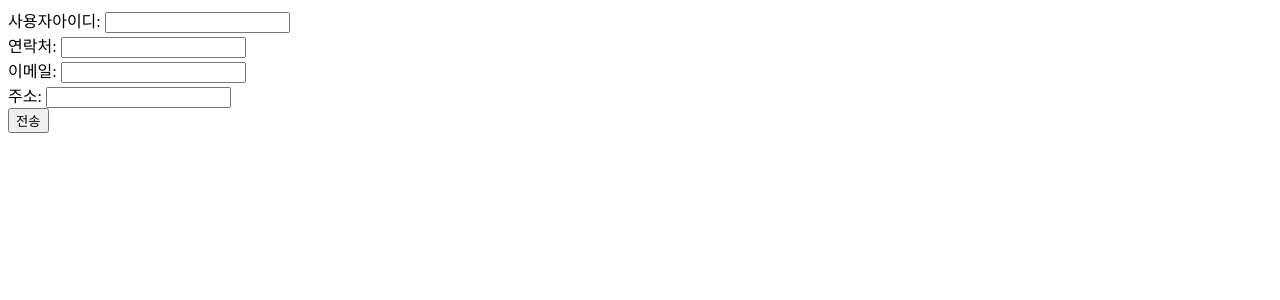
Repository: uni0415/JavaStudy_8452
Page: http://localhost/JspStudy_8452/study/request/view/user_info_input.jsp
These files come from the project's save history. The page is drawn as it stood at one moment and after the next save; the edit follows.
The browser window is 1280 px wide. The pictures show the whole page.
The page is served by Tomcat 9. Nobody is signed in. The application's start-up code is not run. Other server files are loaded and not shown.

Above is the page before, as saved 2022-04-06 03:04:43.

### JspStudy_8452/src/main/webapp/study/request/view/user_info_input.jsp
<%@ page language="java" contentType="text/html; charset=UTF-8"
	pageEncoding="UTF-8"%>
<!DOCTYPE html>
<html>
<head>
<meta charset="UTF-8">
<title>Insert title here</title>
</head>
<body>
	<form action="/JspStudy_8452/study/request/controller/user_info_controller.jsp"
		method="get">
		<div>
			<label>사용자아이디: </label>
			<input type="text" name="username">
		</div>
		<div>
			<label>연락처: </label>
			<input type="text" name="phone">
		</div>
		<div>
			<label>이메일: </label>
			<input type="text" name="email">
		</div>
		<div>
			<label>주소: </label>
			<input type="text" name="address">
		</div>
		<button>전송</button>
	</form>
</body>
</html>

After the next save:
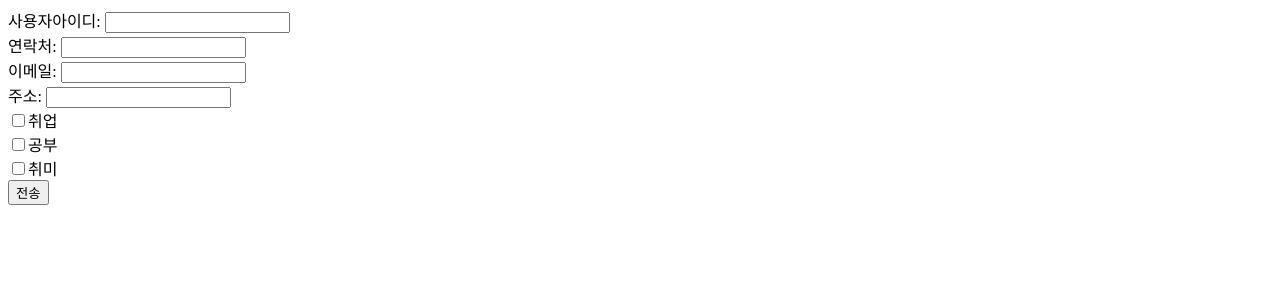
Saved 3 min 16 s later.
--- a/JspStudy_8452/src/main/webapp/study/request/view/user_info_input.jsp
+++ b/JspStudy_8452/src/main/webapp/study/request/view/user_info_input.jsp
@@ -25,6 +25,9 @@
 			<label>주소: </label>
 			<input type="text" name="address">
 		</div>
+		<input type="checkbox" name="select">취업<br>
+		<input type="checkbox" name="select">공부<br>
+		<input type="checkbox" name="select">취미<br>
 		<button>전송</button>
 	</form>
 </body>
